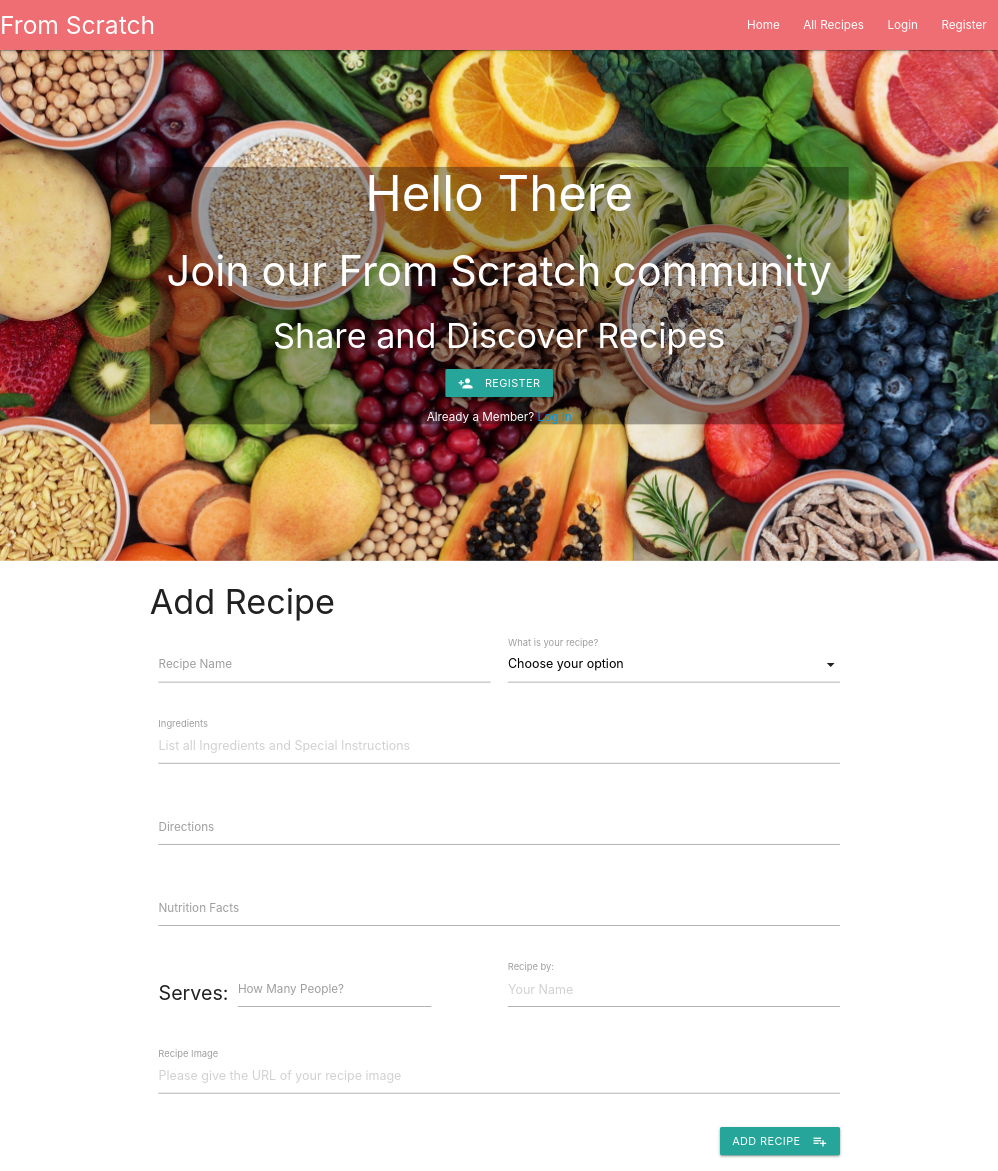
Repository: callendera/MilestoneProject3
Page: http://localhost/
The author's editor kept a record of every edit. The page is drawn from the files as they stood at one moment, then again after the next edit.
The browser window is 1280 px wide. The pictures show the whole page, at 78% of full size.
Backgrounds fixed to the window are drawn as part of the page. The page is served by the project's application, run on Flask 3 (recipe.py). Queries for data that is not in the repository find no rows.

Above is the page before.

After the next edit:
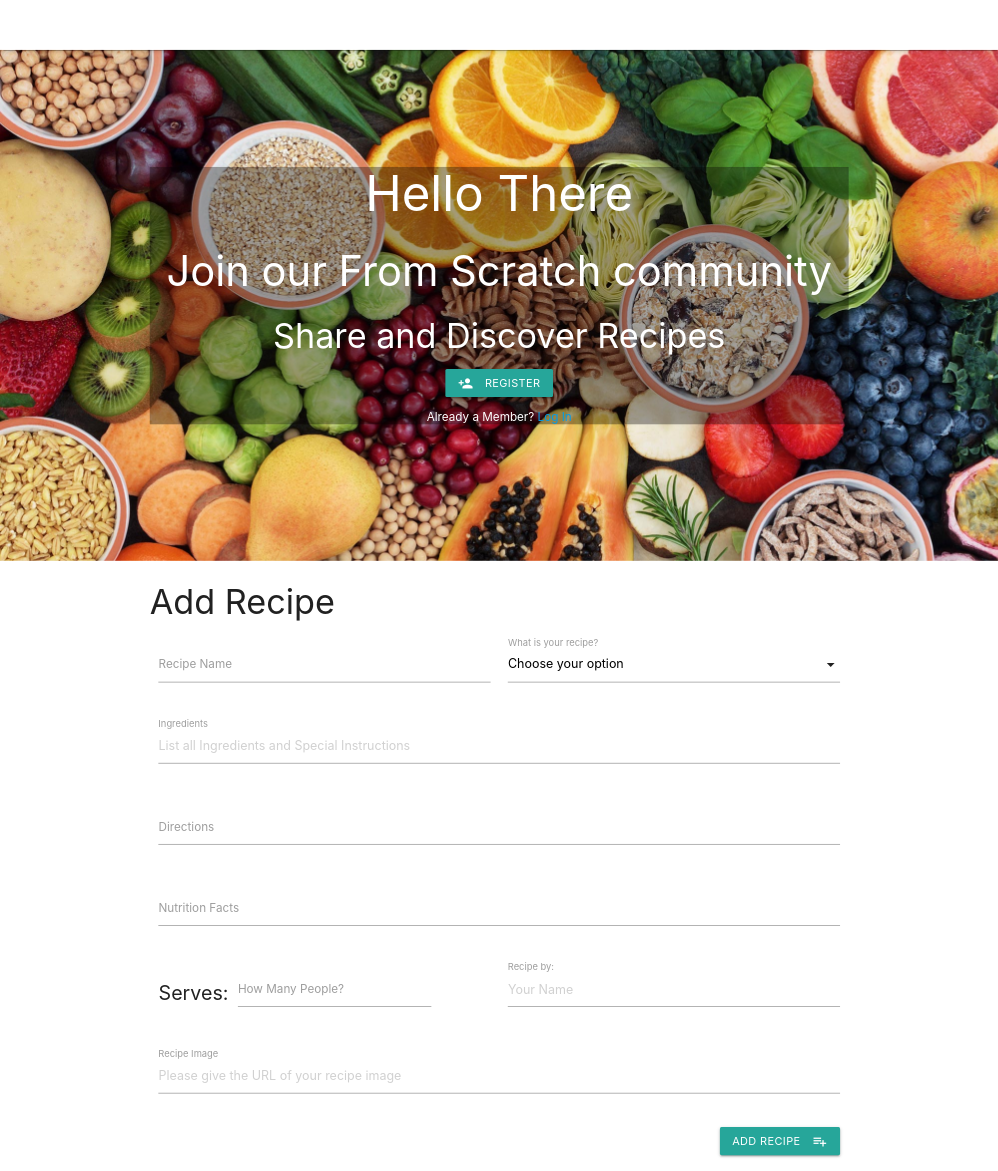
The edit:
--- a/templates/base.html
+++ b/templates/base.html
@@ -13,8 +13,8 @@
 
 <body>
     <div class="navbar-fixed ">
-        <nav>
-            <div class="nav-wrapper">
+        <nav class="transparent">
+            <div class="nav-wrapper my-navbar-margin">
                 <a href="index.html" class="brand-logo">From Scratch</a>
                 <a href="#" data-target="mobile-nav" class="sidenav-trigger"><i class="material-icons">menu</i></a>
                 <ul class="right hide-on-med-and-down">
